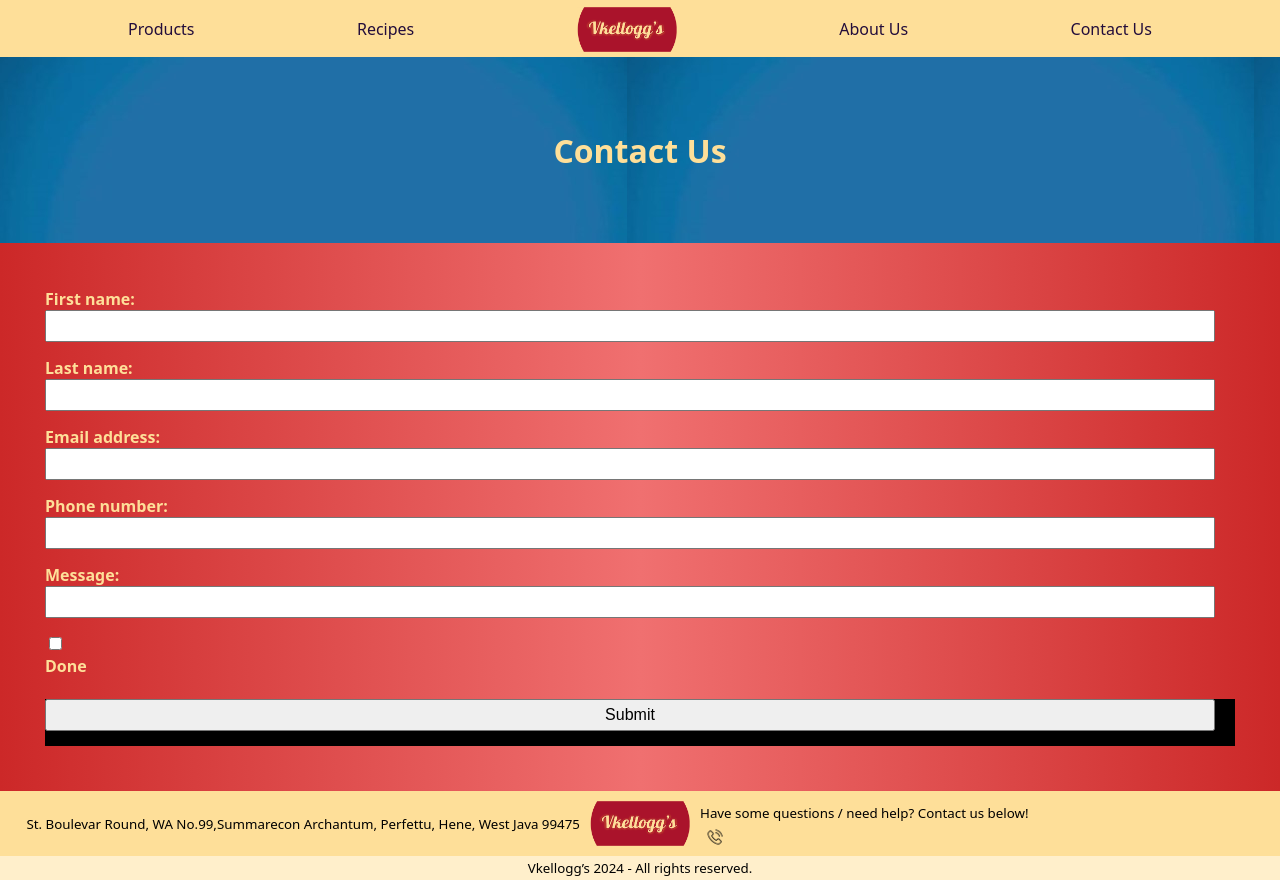
Repository: sugralld/VKelloggs
Page: Code and Assets/html/contactus.html
These files come from the project's save history. The page is drawn as it stood at one moment and after the next save; the edit follows.
The browser window is 1280 px wide. The pictures show the whole page.

Above is the page before, as saved 2024-12-03 21:25:07.

### Code and Assets/html/contactus.html
<!DOCTYPE html>
<html lang="en">
<head>
    <meta charset="UTF-8">
    <meta name="viewport" content="width=device-width, initial-scale=1.0">
    <title>Contact Us | Vkellogg's</title>
    <link rel="stylesheet" href="../css/headerfooternavbar.css">
    <link rel="stylesheet" href="../css/contactus.css">
</head>
<body>
    <!-- header navigation -->
    <header>
        <nav>
            <div class="navbar-menu">
                <div><a class="navbar-link1" href="../html/products.html">Products</a></div>
                <div><a class="navbar-link2" href="../html/recipes.html">Recipes</a></div>
                <div class="navbar-link3"><a href="../html/homepage.html"><img src="../asset/Screenshot 2024-05-30 105858.png" width="100" height="45" alt=""></a></div>
                <div><a class="navbar-link4" href="../html/aboutus.html">About Us</a></div>
                <div><a class="navbar-link5" href="../html/contactus.html">Contact Us</a></div>
            </div>
        </nav>
    </header>

    <!-- Header Contact Us -->
    <div class="header">
        <h1>Contact Us</h1>
    </div>

    <!-- Form Contact Us -->
     <div class="form">
        <form action="" method = "post">
            <label for="firstname">First name: </label>
            <input type="text" name="firstname" id="firstname">
            <br>

            <label for="lastname">Last name: </label>
            <input type="text" name="lastname" id="lastname">
            <br>

            <label for="email">Email address: </label>
            <input type="text" name="email" id="email">
            <br>

            <label for="phonenum">Phone number: </label>
            <input type="text" name="phonenum" id="phonenum">
            <br>

            <label for="message">Message: </label>
            <input type="text" name="message" id="message">
            <br>
            <div class="checkbox">
                <input type="checkbox" name="agreement" id="agreement">
                <label for="agreement">Done</label>
            </div>
            <br>
            <div class="button-container">
                <button type="button" onclick="validateData()">Submit</button>
            </div>
        </form>
        <script src="../js/contactus.js"></script>
     </div>

     <!-- Footer -->
    <footer class="footer">
        <div class="upperfooter">
            <div class="footert1"><p>St. Boulevar Round, WA No.99,Summarecon Archantum, Perfettu, Hene, West Java 99475</p></div>
            <div class="footert2"><img src="../asset/Screenshot 2024-05-30 105858.png" width="100" height="45" alt=""></div>
            <div class="footert3">
                <p class="footert4">Have some questions / need help? Contact us below!</p>
                <a href="../html/contactus.html"><img src="../asset/image-removebg-preview (27).png" width="30" height="auto" alt=""></a>
            </div>
        </div>
        <div class="lowerfooter">
            <p class="textlowerfooter">Vkellogg’s 2024  -  All rights reserved.
            </p>
        </div>
     </footer>

</body>
</html>

### Code and Assets/css/headerfooternavbar.css
body {
    margin: 0;
    font-family: system-ui;
}

.navbar-menu{
    display: flex;
    justify-content: space-between;
    align-items: center;
    padding: 0px 10%;
    background-color: #FEDF99;
}

a:hover{
    background-color: #F5F5F5;
    border-radius: 30px;
    color: #CC2828;
}

.navbar-link1,.navbar-link2,.navbar-link4,.navbar-link5{
    font-family: system-ui;
    font-weight: 500;
    text-decoration: none;
    color: #230D3B;
}

.navbar-link3{
    display: block;
    margin-top: 0.7%;
    margin-bottom: 0px;
}

.footer{
    position: bot;
}

.upperfooter{
    display: flex;
    background-color: #FEDF99;
    justify-content: center;
    align-items: center;
}

.footert1,.footert3{
    padding: 0px 10px;
    display: block;
    width: 1200px;
    font-size: smaller;
}

.footert1{
    text-align: right;
}

.footert3{
    text-align: left;
}

.footert2{
    margin-top: 4px;
}

.lowerfooter{
    background-color: #FFEFCB;
    padding: 0;
    margin: 0px;
}

.textlowerfooter{
    margin: 0;
    padding: 3px;
    font-size: smaller;
    text-align: center;
}

.footert4{
    margin-bottom: 0;
}

### Code and Assets/css/contactus.css
.header{
    background-image: url(../asset/copydesktop-wallpaper-kellogg-s-frosted-flakes-breakfast-cereal-original-33-5-oz-box.jpg);
    display: block;
    padding: 50px;
    text-align: center;
    color: #FEDF99;
}

.form{
    background: linear-gradient(0.25turn,#CC2828,#F07070,#CC2828);
    padding: 45px;
    font-weight: bold;
    color: #FEDF99;
}

.form label{
    display: block;
}

.form input[type="text"],
.form button {
    width: calc(100% - 20px);
    max-width: 100%; /* Mencegah input melampaui layar */
    margin: 0 auto 15px; /* Jarak antar elemen */
    padding: 5px; /* Tambahkan padding untuk kenyamanan pengguna */
    box-sizing: border-box; /* Termasuk padding dalam perhitungan lebar */
    font-family: Arial, sans-serif; /* Ubah font */
    font-size: 16px;
}

.form .checkbox-container{
    display: flex;
}

.form .button-container{
    background-color: black;
    padding: 0px;
    margin: 20;

}

### Code and Assets/js/contactus.js
function wordLen(str) {
    const value = str.trim().split(/\s+/);
    return value.length;
}

function checkAlphaNum(password){
    var isAlpha = false;
    var isNum = false;
    for(let i=0; i<password.length; i++){
        if(isNaN(password[i])){
            isAlpha = true;
        }
        else{
            isNum = true;
        }

        if(isAlpha || isNum){
            return true;
        }
    }
    return false;
}


function validateData(){
    var firstname = document.getElementById("firstname");
    var lastname = document.getElementById("lastname");
    var email = document.getElementById("email");
    var phonenum = document.getElementById("phonenum");
    var message = document.getElementById("message");
    var agreement = document.getElementById("agreement");

    if(!checkAlphaNum(firstname.value)){
        alert("First name must be alphabet!");
    }
    else if(!checkAlphaNum(lastname.value)){
        alert("Last name must be alphabet!");
    }
    else if(!email.value.endsWith("@gmail.com")){
        alert("Email must end with '@gmail.com'!");
    }
    else if(!checkAlphaNum(phonenum.value)){
        alert("Phone number must be numeric!");
    }
    else if(wordLen(message.value)<5){
        alert("Message must be at least 5 words!");
    }
    else if(!agreement.checked){
        alert("'Done' checkbox must be checked!");
    }
    else{
        alert("Message Submitted.");
    }

}

After the next save:
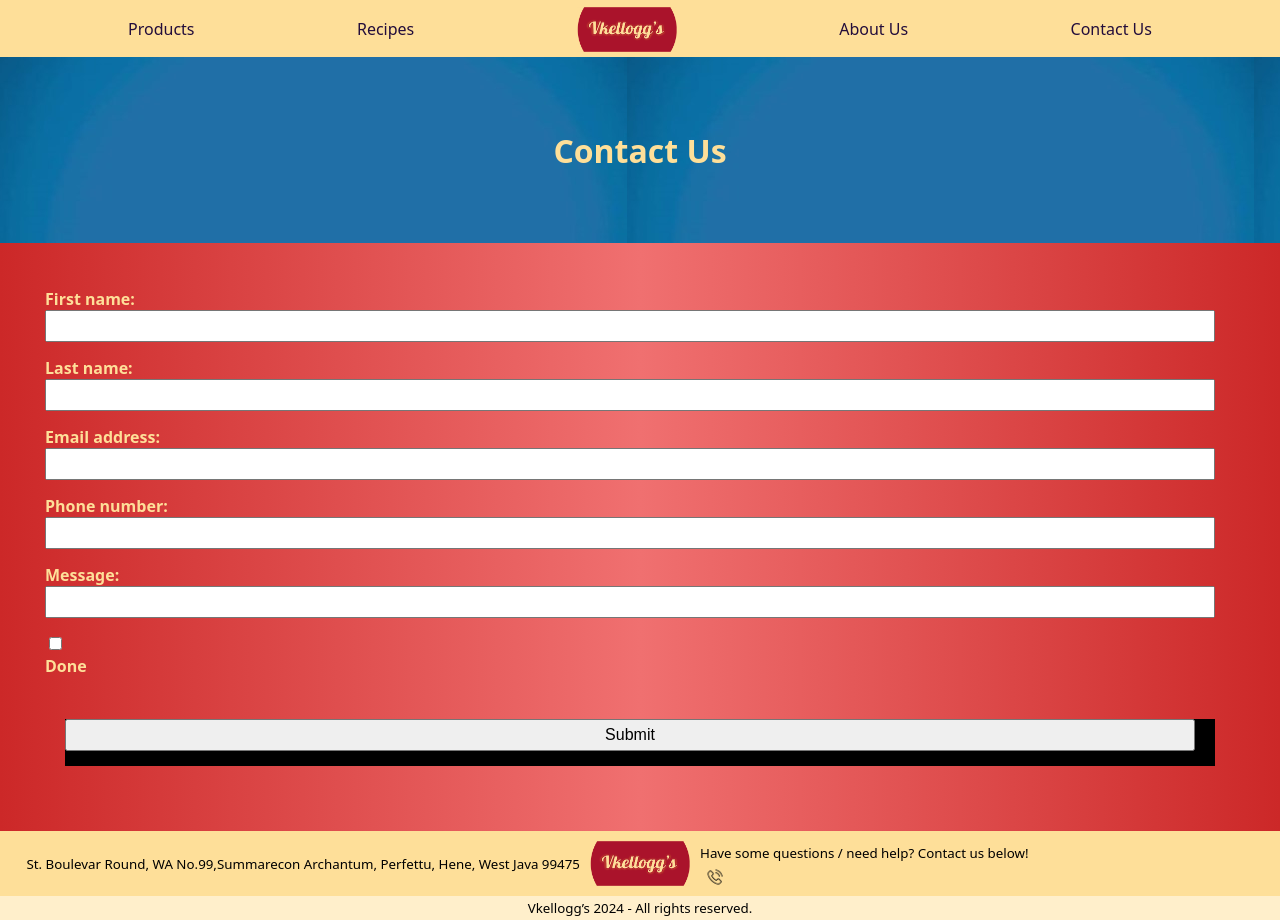
Saved 5 s later.
--- a/Code and Assets/css/contactus.css
+++ b/Code and Assets/css/contactus.css
@@ -35,6 +35,6 @@
 .form .button-container{
     background-color: black;
     padding: 0px;
-    margin: 20;
+    margin: 20px;
 
 }

After the save that followed:
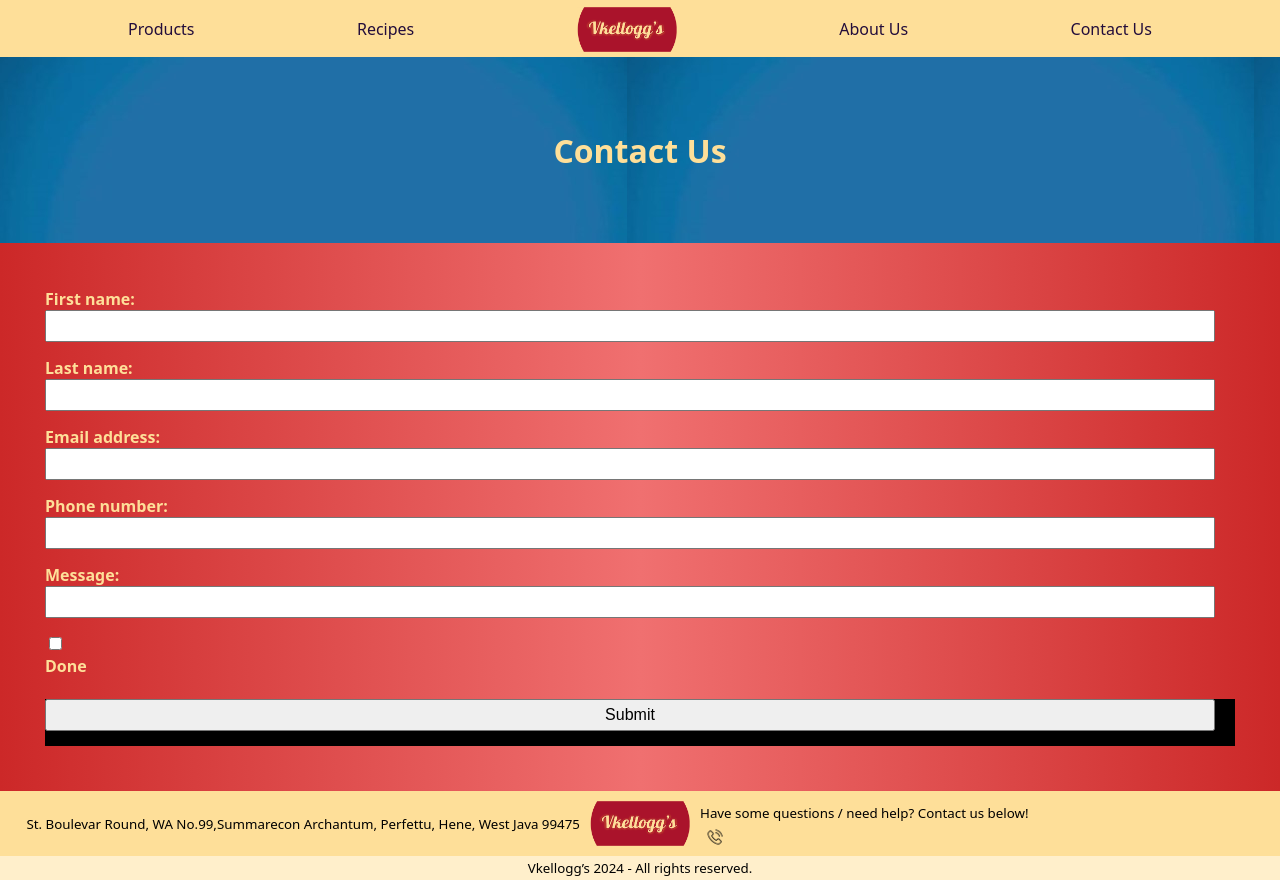
Saved 13 s later.
--- a/Code and Assets/css/contactus.css
+++ b/Code and Assets/css/contactus.css
@@ -35,6 +35,6 @@
 .form .button-container{
     background-color: black;
     padding: 0px;
-    margin: 20px;
+    margin: 0px;
 
 }
